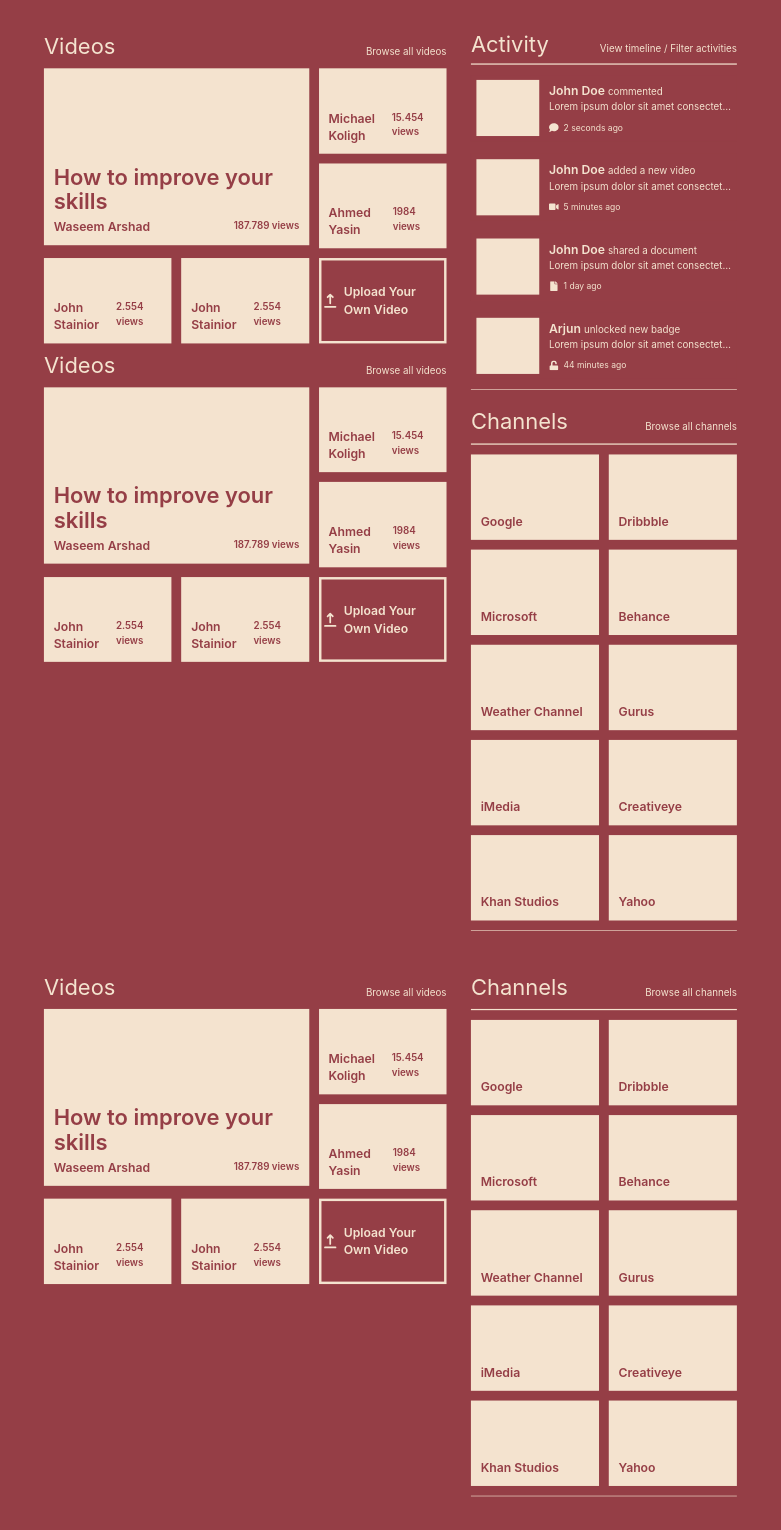
Repository: farrelmuhammad/test-salt
Page: /
The author's editor kept a copy of each file at every save. The page is drawn from the files as they stood at one save, then again after the next save.
The browser window is 1280 px wide. The pictures show the whole page, at 61% of full size.
The project was rebuilt for these pictures with package versions that can differ from the ones it lists, and the page was loaded fresh each time. Also part of the build but not shown: src/App.css.

Above is the page before, as saved 2022-11-21 17:01:29.

### src/index.css
@tailwind base;
@tailwind components;
@tailwind utilities;

body {
  margin: 0;
  font-family: -apple-system, BlinkMacSystemFont, "Segoe UI", "Roboto", "Oxygen", "Ubuntu", "Cantarell", "Fira Sans", "Droid Sans", "Helvetica Neue", sans-serif;
  -webkit-font-smoothing: antialiased;
  -moz-osx-font-smoothing: grayscale;
  background-color: #953e46;
}

code {
  font-family: source-code-pro, Menlo, Monaco, Consolas, "Courier New", monospace;
}

@layer components {
  .box-text {
    @apply bg-[#F4E3CF] aspect-[3/2] text-[#953e46] p-4;
  }

  .card {
    @apply flex flex-row border border-[#953e46] p-2;
  }

  .hr-top {
    @apply h-[2px] bg-[#F4E3CF] border-none mb-4;
  }

  .hr-bottom {
    @apply h-[1px] bg-[#F4E3CF] border-none my-4;
  }
}

### src/App.js
import logo from "./logo.svg";
import "./App.css";
import Box from "./components/Box";
import Channels from "./components/Channels";
import Activity from "./components/Activity";
import People from "./components/People";

function App() {
  return (
    <>
      <div className="container">
        <div class="flex grid-cols-2 gap-2 m-10">
          <div className="flex-auto w-64">
            <Box />
            <People />
          </div>
          <div className="flex-auto w-8">
            <Activity />
            <Channels />
          </div>
        </div>
      </div>

      <div className="container">
        <div class="flex grid-cols-2 gap-2 m-10">
          <div className="flex-auto w-64">
            <People />
          </div>
          <div className="flex-auto w-8">
            <Channels />
          </div>
        </div>
      </div>
    </>
  );
}

export default App;

### src/components/Box.jsx
import React from "react";
import { HiUpload } from "react-icons/hi";

const Box = () => {
  return (
    <>
      <section className="container">
        <div className="flex items-end justify-between py-4">
          <h1 className="text-4xl text-[#F4E3CF]">Videos</h1>
          <a href="" className="text-base text-[#F4E3CF]">
            Browse all videos
          </a>
        </div>

        <div class="grid grid-cols-3 gap-4">
          <div class="col-span-2 row-span-2 box-text flex flex-col justify-end">
            <h2 className="text-4xl font-semibold mb-2">How to improve your skills</h2>
            <div className="flex justify-between">
              <h4 className="text-xl font-semibold">Waseem Arshad</h4>

              <p className="text-base font-semibold">187.789 views</p>
            </div>
          </div>

          <div class="box-text flex flex-col justify-end">
            <div className="flex justify-between">
              <h4 className="text-xl font-semibold">Michael Koligh</h4>

              <p className="text-base font-semibold">15.454 views</p>
            </div>
          </div>

          <div class="box-text flex flex-col justify-end">
            <div className="flex justify-between">
              <h4 className="text-xl font-semibold">Ahmed Yasin</h4>

              <p className="text-base font-semibold">1984 views</p>
            </div>
          </div>

          <div class="box-text flex flex-col justify-end">
            <div className="flex justify-between">
              <h4 className="text-xl font-semibold">John Stainior</h4>

              <p className="text-base font-semibold">2.554 views</p>
            </div>
          </div>

          <div class="box-text flex flex-col justify-end">
            <div className="flex justify-between">
              <h4 className="text-xl font-semibold">John Stainior</h4>

              <p className="text-base font-semibold">2.554 views</p>
            </div>
          </div>

          <div class="border-4 border-[#F4E3CF] text-[#F4E3CF] flex items-center justify-center">
            <HiUpload className="rounded-full w-10 h-10 mr-2" /> <h2 className="text-xl font-semibold">Upload Your Own Video</h2>
          </div>
        </div>
      </section>
    </>
  );
};

export default Box;

### src/components/Channels.jsx
import React from "react";

const Channels = () => {
  return (
    <>
      <section className="container max-w-xl">
        <div className="flex items-end justify-between py-4">
          <h1 className="text-4xl text-[#F4E3CF]">Channels</h1>
          <a href="" className="text-base text-[#F4E3CF]">
            Browse all channels
          </a>
        </div>

        <hr className="hr-top" />

        <div class="grid grid-cols-2 gap-4 ">
          <div class="box-text text-xl font-semibold flex items-end">Google</div>
          <div class="box-text text-xl font-semibold flex items-end">Dribbble</div>
          <div class="box-text text-xl font-semibold flex items-end">Microsoft</div>
          <div class="box-text text-xl font-semibold flex items-end">Behance</div>
          <div class="box-text text-xl font-semibold flex items-end">Weather Channel</div>
          <div class="box-text text-xl font-semibold flex items-end">Gurus</div>
          <div class="box-text text-xl font-semibold flex items-end">iMedia</div>
          <div class="box-text text-xl font-semibold flex items-end">Creativeye</div>
          <div class="box-text text-xl font-semibold flex items-end">Khan Studios</div>
          <div class="box-text text-xl font-semibold flex items-end">Yahoo</div>
        </div>

        <hr className="hr-bottom" />
      </section>
    </>
  );
};

export default Channels;

### src/components/Activity.jsx
import React from "react";
import { FaComment, FaVideo, FaUnlock, FaHeart, FaFile } from "react-icons/fa";

const Activity = () => {
  return (
    <>
      <section className="container max-w-xl">
        <div className="flex items-end justify-between py-3">
          <h1 className="text-4xl text-[#F4E3CF]">Activity</h1>
          <a href="" className="text-base text-[#F4E3CF]">
            View timeline / Filter activities
          </a>
        </div>

        <hr className="hr-top" />

        <div class="flex flex-col space-y-5">
          <div class="card hover:border-[#F4E3CF]">
            <div className="w-48 bg-[#F4E3CF]"></div>

            <div class="py-1 pl-4 truncate text-[#F4E3CF]">
              <h5 class="text-xl font-semibold">
                John Doe{" "}
                <span className="text-base font-normal">commented</span>
              </h5>
              <p class="text-base mb-3 truncate">
                Lorem ipsum dolor sit amet consectetur adipisicing elit.
                Ratione, similique!
              </p>
              <p class="text-sm flex items-center">
                <FaComment className="w-4 h-4 mr-2" />2 seconds ago
              </p>
            </div>
          </div>

          <div class="card hover:border-[#F4E3CF]">
            <div className="w-48 bg-[#F4E3CF]"></div>

            <div class="py-1 pl-4 truncate text-[#F4E3CF]">
              <h5 class="text-xl font-semibold">
                John Doe{" "}
                <span className="text-base font-normal">added a new video</span>
              </h5>
              <p class="text-base mb-3 truncate">
                Lorem ipsum dolor sit amet consectetur adipisicing elit.
                Ratione, similique!
              </p>
              <p class="text-sm flex items-center">
                <FaVideo className="w-4 h-4 mr-2" />5 minutes ago
              </p>
            </div>
          </div>

          <div class="card hover:border-[#F4E3CF]">
            <div className="w-48 bg-[#F4E3CF]"></div>

            <div class="py-1 pl-4 truncate text-[#F4E3CF]">
              <h5 class="text-xl font-semibold">
                John Doe{" "}
                <span className="text-base font-normal">shared a document</span>
              </h5>
              <p class="text-base mb-3 truncate">
                Lorem ipsum dolor sit amet consectetur adipisicing elit.
                Ratione, similique!
              </p>
              <p class="text-sm flex items-center">
                <FaFile className="w-4 h-4 mr-2" />1 day ago
              </p>
            </div>
          </div>

          <div class="card hover:border-[#F4E3CF]">
            <div className="w-48 bg-[#F4E3CF]"></div>

            <div class="py-1 pl-4 truncate text-[#F4E3CF]">
              <h5 class="text-xl font-semibold">
                Arjun{" "}
                <span className="text-base font-normal">
                  unlocked new badge
                </span>
              </h5>
              <p class="text-base mb-3 truncate">
                Lorem ipsum dolor sit amet consectetur adipisicing elit.
                Ratione, similique!
              </p>
              <p class="text-sm flex items-center">
                <FaUnlock className="w-4 h-4 mr-2" />
                44 minutes ago
              </p>
            </div>
          </div>

          {/* <div class="card hover:border-[#F4E3CF]">
            <div className="w-48 bg-[#F4E3CF]"></div>

            <div class="py-1 pl-4 truncate text-[#F4E3CF]">
              <h5 class="text-xl font-semibold">
                Micheal{" "}
                <span className="text-base font-normal">
                  uploaded a new video
                </span>
              </h5>
              <p class="text-base mb-3 truncate">
                Lorem ipsum dolor sit amet consectetur adipisicing elit.
                Ratione, similique!
              </p>
              <p class="text-sm flex items-center">
                <FaVideo className="w-4 h-4 mr-2" />1 hour ago
              </p>
            </div>
          </div> */}

          {/* <div class="card hover:border-[#F4E3CF]">
            <div className="w-48 bg-[#F4E3CF]"></div>

            <div class="py-1 pl-4 truncate text-[#F4E3CF]">
              <h5 class="text-xl font-semibold">
                John Doe{" "}
                <span className="text-base font-normal">liked a video</span>
              </h5>
              <p class="text-base mb-3 truncate">
                Lorem ipsum dolor sit amet consectetur adipisicing elit.
                Ratione, similique!
              </p>
              <p class="text-sm flex items-center">
                <FaHeart className="w-4 h-4 mr-2" />
                19 minutes ago
              </p>
            </div>
          </div> */}
        </div>

        <hr className="hr-bottom" />
      </section>
    </>
  );
};

export default Activity;

### src/components/People.jsx
import React from "react";
import { HiUpload } from "react-icons/hi";

const People = () => {
  return (
    <>
      <section className="container">
        <div className="flex items-end justify-between py-4">
          <h1 className="text-4xl text-[#F4E3CF]">Videos</h1>
          <a href="" className="text-base text-[#F4E3CF]">
            Browse all videos
          </a>
        </div>

        <div class="grid grid-cols-3 gap-4">
          <div class="col-span-2 row-span-2 box-text flex flex-col justify-end">
            <h2 className="text-4xl font-semibold mb-2">How to improve your skills</h2>
            <div className="flex justify-between">
              <h4 className="text-xl font-semibold">Waseem Arshad</h4>

              <p className="text-base font-semibold">187.789 views</p>
            </div>
          </div>

          <div class="box-text flex flex-col justify-end">
            <div className="flex justify-between">
              <h4 className="text-xl font-semibold">Michael Koligh</h4>

              <p className="text-base font-semibold">15.454 views</p>
            </div>
          </div>

          <div class="box-text flex flex-col justify-end">
            <div className="flex justify-between">
              <h4 className="text-xl font-semibold">Ahmed Yasin</h4>

              <p className="text-base font-semibold">1984 views</p>
            </div>
          </div>

          <div class="box-text flex flex-col justify-end">
            <div className="flex justify-between">
              <h4 className="text-xl font-semibold">John Stainior</h4>

              <p className="text-base font-semibold">2.554 views</p>
            </div>
          </div>

          <div class="box-text flex flex-col justify-end">
            <div className="flex justify-between">
              <h4 className="text-xl font-semibold">John Stainior</h4>

              <p className="text-base font-semibold">2.554 views</p>
            </div>
          </div>

          <div class="border-4 border-[#F4E3CF] text-[#F4E3CF] flex items-center justify-center">
            <HiUpload className="rounded-full w-10 h-10 mr-2" /> <h2 className="text-xl font-semibold">Upload Your Own Video</h2>
          </div>
        </div>
      </section>
    </>
  );
};

export default People;

### tailwind.config.js
/** @type {import('tailwindcss').Config} */
module.exports = {
  content: ["./src/**/*.{js,jsx,ts,tsx}"],
  theme: {
    container: {
      padding: "16px",
    },
    extend: {
      screens: {
        sm: "640px",
        md: "768px",
        lg: "1024px",
        xl: "1280px",
        "2xl": "1320px",
      },
    },
  },
  plugins: [],
};

Loaded but not shown: public/index.html (common file); src/index.js (common file); src/reportWebVitals.js (common file)

After the next save:
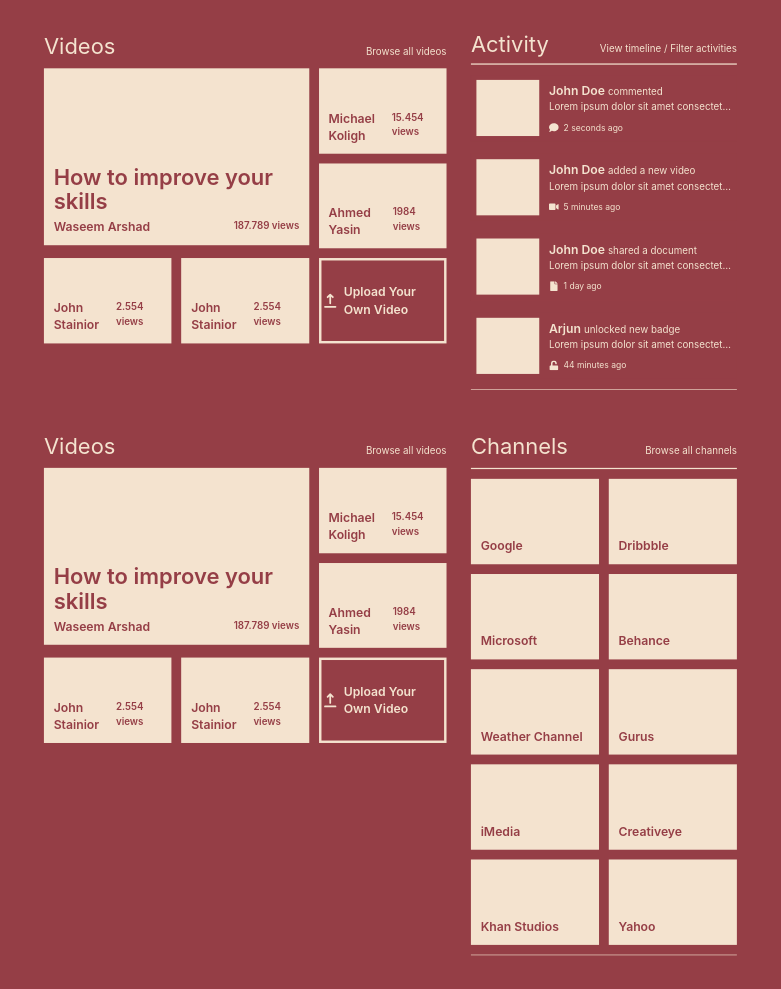
Saved 12 s later.
--- a/src/App.js
+++ b/src/App.js
@@ -12,11 +12,9 @@ function App() {
         <div class="flex grid-cols-2 gap-2 m-10">
           <div className="flex-auto w-64">
             <Box />
-            <People />
           </div>
           <div className="flex-auto w-8">
             <Activity />
-            <Channels />
           </div>
         </div>
       </div>
